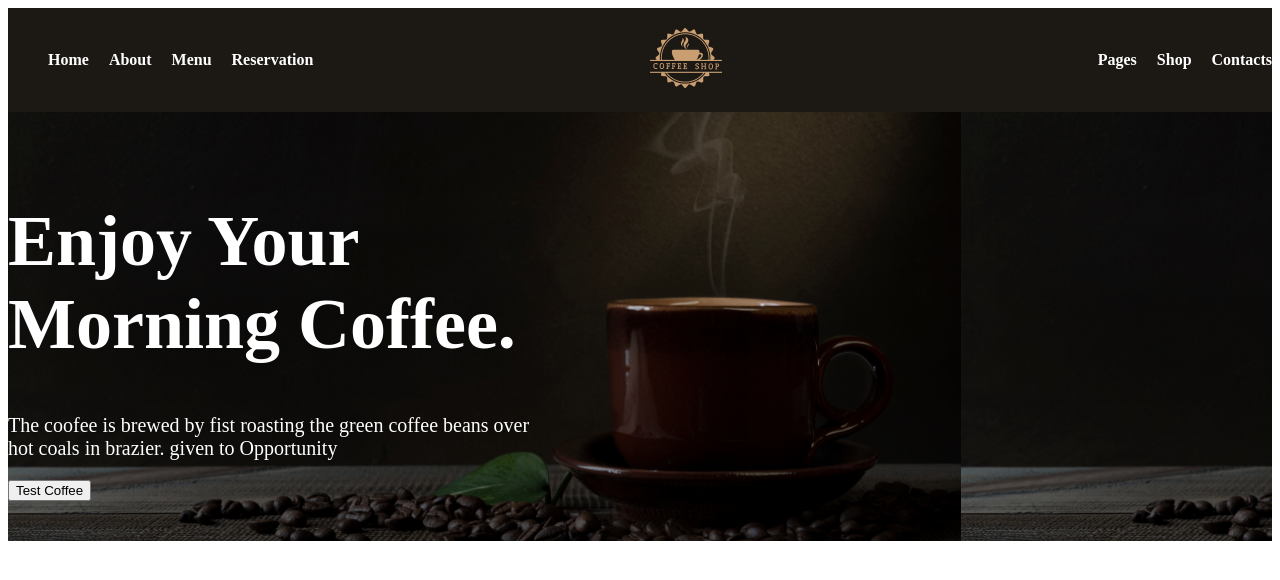
Repository: SitoraRashidova/CoffeShop_Figma
Page: /
The author's editor kept a copy of each file at every save. The page is drawn from the files as they stood at one save, then again after a run of saves.
The browser window is 1280 px wide. The pictures show the whole page.
The project was rebuilt for these pictures with package versions that can differ from the ones it lists, and the page was loaded fresh each time. Also part of the build but not shown: vite.config.js.

Above is the page before, as saved 2024-11-24 23:00:18.

After the next 3 saves:
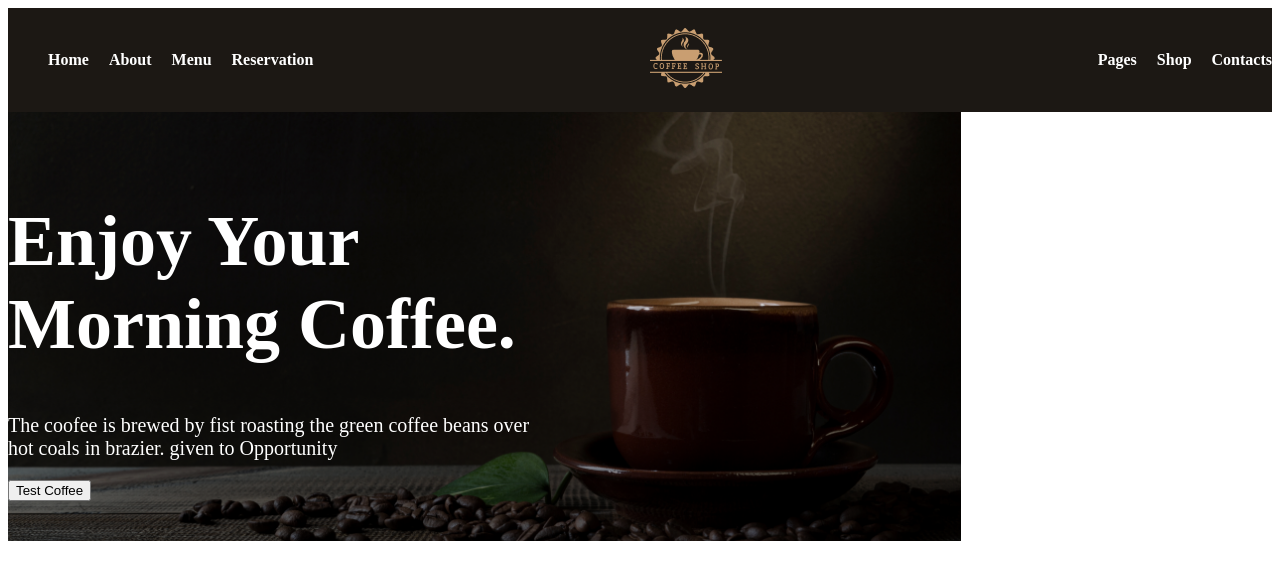
The 3 saves are shown as one change because they came seconds apart.
The last was saved 9 s later.
--- a/src/index.css
+++ b/src/index.css
@@ -60,6 +60,7 @@
   height: auto;
   background-image: url('./assets/hero-logo.png');
   background-size: contain;
+  background-repeat: no-repeat;
 }
 
 .hero-content{
